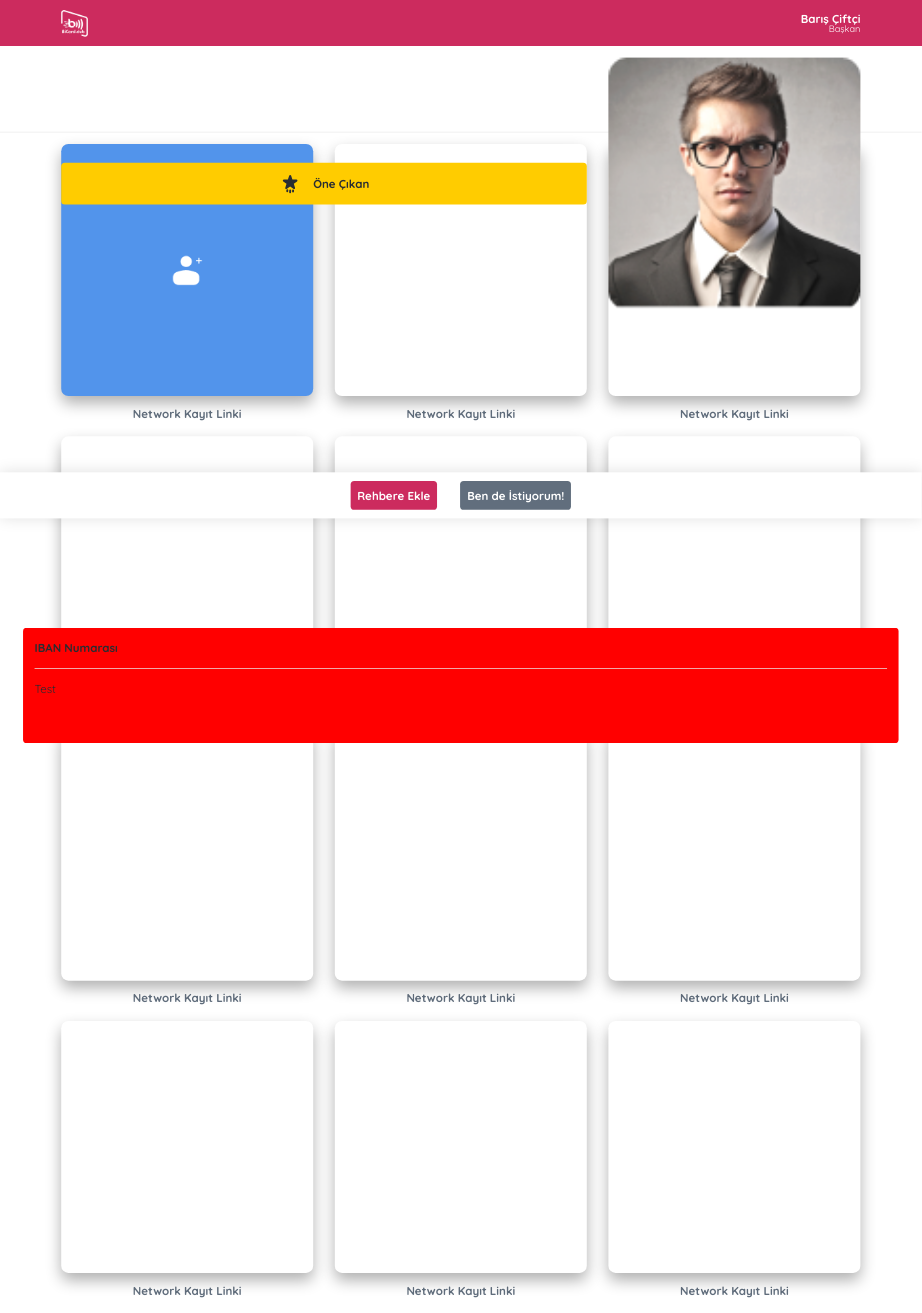
Repository: KayahanKahriman/bicard
Page: index.html
An editor plug-in stored every save of this project. The page is shown before and after the next save, followed by the edit.
The browser window is 1280 px wide. The pictures show the whole page, at 72% of full size.
The style sheet was rebuilt from its Sass, Less or Tailwind sources for each picture, by a compiler version that may differ from the author's.

Above is the page before, as saved 2021-12-02 10:00:33.

After the next save:
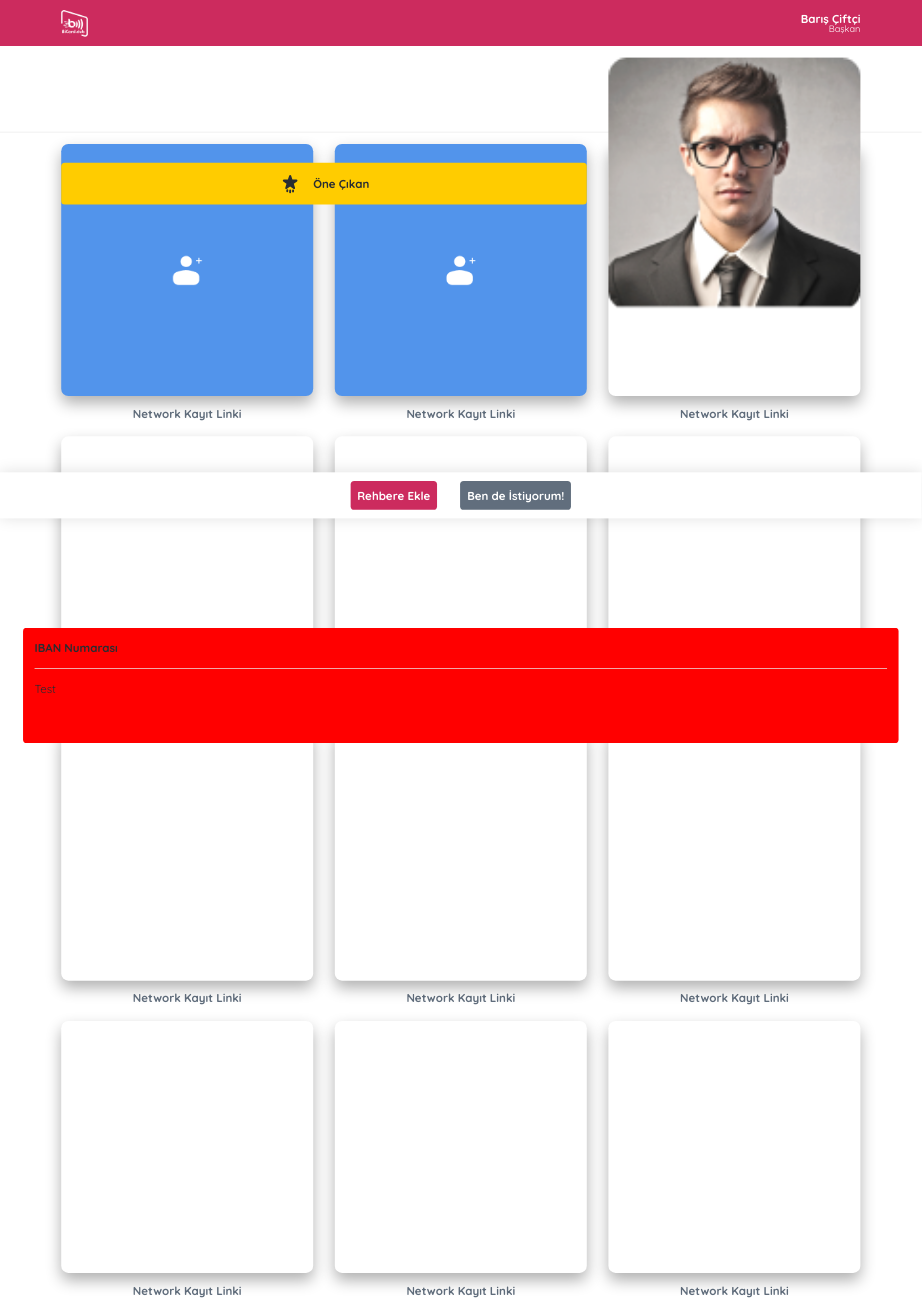
Saved 50 s later.
--- a/index.html
+++ b/index.html
@@ -58,7 +58,7 @@
                 </div>
                 <div class="col-4 mb-4">
                     <div class="icon-grid-item">
-                        <div class="icon-grid-item-icon">
+                        <div class="icon-grid-item-icon" style="background-color: #5294eb;">
                             <a href="#">
                                 <img src="./assets/images/user-add.png" alt="">
                             </a>
